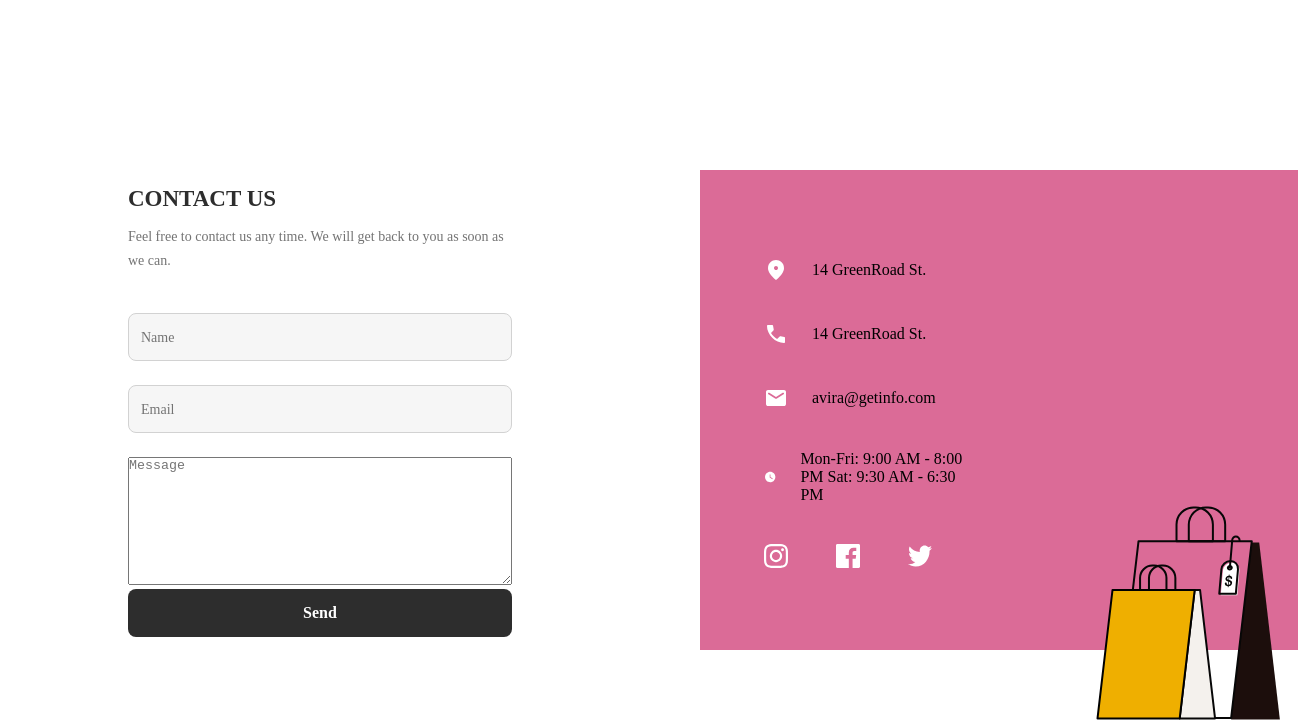
Repository: MehdiKerimov/figma-task-27
Page: pages/contactPage/index.html
These files come from the project's save history. The page is drawn as it stood at one moment and after the next save; the edit follows.
The browser window is 1280 px wide. The page is 1298 px wide, so the pictures cover 1298 px, including what lies to the right of the window. The pictures show the whole page.
The style sheet was rebuilt from its Sass, Less or Tailwind sources for each picture, by a compiler version that may differ from the author's.

Above is the page before, as saved 2024-02-25 16:39:46.

### pages/contactPage/index.html
<!DOCTYPE html>
<html lang="en">
  <head>
    <meta charset="UTF-8" />
    <meta name="viewport" content="width=device-width, initial-scale=1.0" />
    <title>Document</title>
    <link rel="stylesheet" href="../../css/reset.css" />
    <link rel="stylesheet" href="index.css" />
  </head>
  <body>
    <div class="container">
      <div class="left-container">
        <form action="">
          <h1>CONTACT US</h1>
          <p>
            Feel free to contact us any time. We will get back to you as soon as
            we can.
          </p>
          <label for="">
            <input type="text" placeholder="Name" />
          </label>
          <label for="">
            <input type="email" placeholder="Email" />
          </label>
          <label for="">
<textarea name="" id="" placeholder="Message"></textarea>          </label>

          <button>Send</button>
        </form>
      </div>

      <div class="right-container">
        <ul>
          <li>
            <svg
              xmlns="http://www.w3.org/2000/svg"
              width="24"
              height="24"
              viewBox="0 0 24 24"
              fill="none"
            >
              <path
                d="M12 12C12.55 12 13.021 11.804 13.413 11.412C13.8043 11.0207 14 10.55 14 10C14 9.45 13.8043 8.979 13.413 8.587C13.021 8.19567 12.55 8 12 8C11.45 8 10.9793 8.19567 10.588 8.587C10.196 8.979 10 9.45 10 10C10 10.55 10.196 11.0207 10.588 11.412C10.9793 11.804 11.45 12 12 12ZM12 22C9.31667 19.7167 7.31267 17.5957 5.988 15.637C4.66267 13.679 4 11.8667 4 10.2C4 7.7 4.80433 5.70833 6.413 4.225C8.021 2.74167 9.88333 2 12 2C14.1167 2 15.979 2.74167 17.587 4.225C19.1957 5.70833 20 7.7 20 10.2C20 11.8667 19.3377 13.679 18.013 15.637C16.6877 17.5957 14.6833 19.7167 12 22Z"
                fill="white"
              />
            </svg>
            <p>14 GreenRoad St.</p>
          </li>
          <li>
            <svg
              xmlns="http://www.w3.org/2000/svg"
              width="24"
              height="24"
              viewBox="0 0 24 24"
              fill="none"
            >
              <path
                d="M19.95 21C17.8 21 15.7043 20.5207 13.663 19.562C11.621 18.604 9.81267 17.3373 8.238 15.762C6.66267 14.1873 5.396 12.379 4.438 10.337C3.47933 8.29567 3 6.2 3 4.05C3 3.75 3.1 3.5 3.3 3.3C3.5 3.1 3.75 3 4.05 3H8.1C8.33333 3 8.54167 3.075 8.725 3.225C8.90833 3.375 9.01667 3.56667 9.05 3.8L9.7 7.3C9.73333 7.53333 9.72933 7.74567 9.688 7.937C9.646 8.129 9.55 8.3 9.4 8.45L7 10.9C7.7 12.1 8.575 13.225 9.625 14.275C10.675 15.325 11.8333 16.2333 13.1 17L15.45 14.65C15.6 14.5 15.796 14.3873 16.038 14.312C16.2793 14.2373 16.5167 14.2167 16.75 14.25L20.2 14.95C20.4333 15 20.625 15.1123 20.775 15.287C20.925 15.4623 21 15.6667 21 15.9V19.95C21 20.25 20.9 20.5 20.7 20.7C20.5 20.9 20.25 21 19.95 21Z"
                fill="white"
              />
            </svg>
            <p>14 GreenRoad St.</p>
          </li>
          <li>
            <svg
              xmlns="http://www.w3.org/2000/svg"
              width="24"
              height="24"
              viewBox="0 0 24 24"
              fill="none"
            >
              <path
                d="M4 20C3.45 20 2.97933 19.8043 2.588 19.413C2.196 19.021 2 18.55 2 18V6C2 5.45 2.196 4.97933 2.588 4.588C2.97933 4.196 3.45 4 4 4H20C20.55 4 21.021 4.196 21.413 4.588C21.8043 4.97933 22 5.45 22 6V18C22 18.55 21.8043 19.021 21.413 19.413C21.021 19.8043 20.55 20 20 20H4ZM12 12.825C12.0833 12.825 12.1707 12.8123 12.262 12.787C12.354 12.7623 12.4417 12.725 12.525 12.675L19.6 8.25C19.7333 8.16667 19.8333 8.06267 19.9 7.938C19.9667 7.81267 20 7.675 20 7.525C20 7.19167 19.8583 6.94167 19.575 6.775C19.2917 6.60833 19 6.61667 18.7 6.8L12 11L5.3 6.8C5 6.61667 4.70833 6.61233 4.425 6.787C4.14167 6.96233 4 7.20833 4 7.525C4 7.69167 4.03333 7.83733 4.1 7.962C4.16667 8.08733 4.26667 8.18333 4.4 8.25L11.475 12.675C11.5583 12.725 11.646 12.7623 11.738 12.787C11.8293 12.8123 11.9167 12.825 12 12.825Z"
                fill="white"
              />
            </svg>
            <p>avira@getinfo.com</p>
          </li>
          <li>
            <svg
              xmlns="http://www.w3.org/2000/svg"
              width="24"
              height="24"
              viewBox="0 0 24 24"
              fill="none"
            >
              <path
                d="M12 2C10.6868 2 9.38642 2.25866 8.17317 2.7612C6.95991 3.26375 5.85752 4.00035 4.92893 4.92893C3.05357 6.8043 2 9.34784 2 12C2 14.6522 3.05357 17.1957 4.92893 19.0711C5.85752 19.9997 6.95991 20.7362 8.17317 21.2388C9.38642 21.7413 10.6868 22 12 22C14.6522 22 17.1957 20.9464 19.0711 19.0711C20.9464 17.1957 22 14.6522 22 12C22 10.6868 21.7413 9.38642 21.2388 8.17317C20.7362 6.95991 19.9997 5.85752 19.0711 4.92893C18.1425 4.00035 17.0401 3.26375 15.8268 2.7612C14.6136 2.25866 13.3132 2 12 2ZM16.2 16.2L11 13V7H12.5V12.2L17 14.9L16.2 16.2Z"
                fill="white"
              />
            </svg>
            <p>Mon-Fri: 9:00 AM - 8:00 PM Sat: 9:30 AM - 6:30 PM</p>
          </li>
        </ul>
        <div class="a-1">
          <a href="https://www.instagram.com/"
            ><svg
              xmlns="http://www.w3.org/2000/svg"
              width="24"
              height="24"
              viewBox="0 0 24 24"
              fill="none"
            >
              <g clip-path="url(#clip0_127_79)">
                <path
                  fill-rule="evenodd"
                  clip-rule="evenodd"
                  d="M7.05273 0.072C8.33236 0.0130909 8.74036 0 12 0C15.2596 0 15.6676 0.0141818 16.9462 0.072C18.2247 0.129818 19.0975 0.333818 19.8611 0.629455C20.6607 0.931636 21.3862 1.404 21.9862 2.01491C22.5971 2.61382 23.0684 3.33818 23.3695 4.13891C23.6662 4.90255 23.8691 5.77527 23.928 7.05164C23.9869 8.33346 24 8.74146 24 12C24 15.2596 23.9858 15.6676 23.928 16.9473C23.8702 18.2236 23.6662 19.0964 23.3695 19.86C23.0684 20.6608 22.5963 21.3864 21.9862 21.9862C21.3862 22.5971 20.6607 23.0684 19.8611 23.3695C19.0975 23.6662 18.2247 23.8691 16.9484 23.928C15.6676 23.9869 15.2596 24 12 24C8.74036 24 8.33236 23.9858 7.05273 23.928C5.77636 23.8702 4.90364 23.6662 4.14 23.3695C3.33919 23.0683 2.61362 22.5963 2.01382 21.9862C1.40332 21.3869 0.930889 20.6617 0.629455 19.8611C0.333818 19.0975 0.130909 18.2247 0.072 16.9484C0.0130909 15.6665 0 15.2585 0 12C0 8.74036 0.0141818 8.33236 0.072 7.05382C0.129818 5.77527 0.333818 4.90255 0.629455 4.13891C0.931334 3.33827 1.40413 2.61307 2.01491 2.01382C2.61386 1.40346 3.3387 0.931029 4.13891 0.629455C4.90255 0.333818 5.77527 0.130909 7.05164 0.072H7.05273ZM16.8491 2.232C15.5836 2.17418 15.204 2.16218 12 2.16218C8.796 2.16218 8.41636 2.17418 7.15091 2.232C5.98036 2.28545 5.34545 2.48073 4.92218 2.64545C4.36255 2.86364 3.96218 3.12218 3.54218 3.54218C3.14405 3.92951 2.83765 4.40104 2.64545 4.92218C2.48073 5.34545 2.28545 5.98036 2.232 7.15091C2.17418 8.41636 2.16218 8.796 2.16218 12C2.16218 15.204 2.17418 15.5836 2.232 16.8491C2.28545 18.0196 2.48073 18.6545 2.64545 19.0778C2.83745 19.5982 3.144 20.0705 3.54218 20.4578C3.92945 20.856 4.40182 21.1625 4.92218 21.3545C5.34545 21.5193 5.98036 21.7145 7.15091 21.768C8.41636 21.8258 8.79491 21.8378 12 21.8378C15.2051 21.8378 15.5836 21.8258 16.8491 21.768C18.0196 21.7145 18.6545 21.5193 19.0778 21.3545C19.6375 21.1364 20.0378 20.8778 20.4578 20.4578C20.856 20.0705 21.1625 19.5982 21.3545 19.0778C21.5193 18.6545 21.7145 18.0196 21.768 16.8491C21.8258 15.5836 21.8378 15.204 21.8378 12C21.8378 8.796 21.8258 8.41636 21.768 7.15091C21.7145 5.98036 21.5193 5.34545 21.3545 4.92218C21.1364 4.36255 20.8778 3.96218 20.4578 3.54218C20.0705 3.14408 19.5989 2.83768 19.0778 2.64545C18.6545 2.48073 18.0196 2.28545 16.8491 2.232ZM10.4673 15.6993C11.3233 16.0556 12.2764 16.1037 13.1639 15.8353C14.0514 15.567 14.8182 14.9988 15.3334 14.2279C15.8485 13.457 16.0801 12.5311 15.9884 11.6085C15.8968 10.6858 15.4876 9.82361 14.8309 9.16909C14.4123 8.7507 13.906 8.43034 13.3487 8.23107C12.7914 8.0318 12.1968 7.95858 11.6078 8.01667C11.0188 8.07477 10.45 8.26274 9.94233 8.56705C9.43468 8.87136 9.00081 9.28445 8.67197 9.77657C8.34312 10.2687 8.12748 10.8276 8.04056 11.413C7.95365 11.9985 7.99762 12.596 8.16932 13.1624C8.34101 13.7288 8.63616 14.2501 9.03351 14.6888C9.43087 15.1275 9.92054 15.4726 10.4673 15.6993ZM7.63855 7.63855C8.2113 7.06579 8.89126 6.61146 9.6396 6.30149C10.3879 5.99151 11.19 5.83197 12 5.83197C12.81 5.83197 13.6121 5.99151 14.3604 6.30149C15.1087 6.61146 15.7887 7.06579 16.3615 7.63855C16.9342 8.2113 17.3885 8.89126 17.6985 9.6396C18.0085 10.3879 18.168 11.19 18.168 12C18.168 12.81 18.0085 13.6121 17.6985 14.3604C17.3885 15.1087 16.9342 15.7887 16.3615 16.3615C15.2047 17.5182 13.6359 18.168 12 18.168C10.3641 18.168 8.79528 17.5182 7.63855 16.3615C6.48182 15.2047 5.83197 13.6359 5.83197 12C5.83197 10.3641 6.48182 8.79528 7.63855 7.63855ZM19.536 6.75055C19.6779 6.61666 19.7916 6.45565 19.8701 6.27706C19.9487 6.09847 19.9907 5.90593 19.9935 5.71083C19.9964 5.51574 19.9601 5.32205 19.8867 5.14125C19.8134 4.96044 19.7045 4.79619 19.5665 4.65822C19.4285 4.52026 19.2643 4.41137 19.0835 4.33802C18.9027 4.26467 18.709 4.22834 18.5139 4.23118C18.3188 4.23403 18.1263 4.27599 17.9477 4.35458C17.7691 4.43317 17.6081 4.54679 17.4742 4.68873C17.2138 4.96476 17.0712 5.33141 17.0768 5.71083C17.0823 6.09026 17.2355 6.4526 17.5038 6.72092C17.7721 6.98924 18.1345 7.14243 18.5139 7.14796C18.8933 7.15349 19.26 7.01093 19.536 6.75055Z"
                  fill="white"
                />
              </g>
              <defs>
                <clipPath id="clip0_127_79">
                  <rect width="24" height="24" fill="white" />
                </clipPath>
              </defs></svg
          ></a>
          <a href="https://www.facebook.com/"
            ><svg
              xmlns="http://www.w3.org/2000/svg"
              width="24"
              height="24"
              viewBox="0 0 24 24"
              fill="none"
            >
              <g clip-path="url(#clip0_127_89)">
                <path
                  d="M22.67 0H1.33C0.978071 0.00261668 0.641298 0.143581 0.39244 0.39244C0.143581 0.641298 0.00261668 0.978071 0 1.33V22.67C0.00261668 23.0219 0.143581 23.3587 0.39244 23.6076C0.641298 23.8564 0.978071 23.9974 1.33 24H12.82V14.72H9.7V11.09H12.82V8.42C12.82 5.32 14.71 3.63 17.49 3.63C18.42 3.63 19.35 3.63 20.28 3.77V7H18.37C16.86 7 16.57 7.72 16.57 8.77V11.08H20.17L19.7 14.71H16.57V24H22.67C23.0219 23.9974 23.3587 23.8564 23.6076 23.6076C23.8564 23.3587 23.9974 23.0219 24 22.67V1.33C23.9974 0.978071 23.8564 0.641298 23.6076 0.39244C23.3587 0.143581 23.0219 0.00261668 22.67 0Z"
                  fill="white"
                />
              </g>
              <defs>
                <clipPath id="clip0_127_89">
                  <rect width="24" height="24" fill="white" />
                </clipPath>
              </defs></svg
          ></a>
          <a href="https://twitter.com/i/flow/login"
            ><svg
              xmlns="http://www.w3.org/2000/svg"
              width="24"
              height="22"
              viewBox="0 0 24 22"
              fill="none"
            >
              <path
                d="M24 2.99454C23.1174 3.4046 22.157 3.69972 21.1676 3.81466C22.1948 3.15743 22.9639 2.11912 23.3308 0.894539C22.367 1.51208 21.3111 1.94511 20.2101 2.17442C19.7499 1.64453 19.1933 1.2224 18.575 0.934326C17.9567 0.646252 17.2899 0.49841 16.6163 0.500013C13.8906 0.500013 11.6986 2.8796 11.6986 5.79971C11.6986 6.20977 11.7447 6.61983 11.8197 7.01436C7.73849 6.78448 4.09855 4.68448 1.67864 1.46924C1.23771 2.2804 1.00665 3.204 1.00949 4.14394C1.00949 5.983 1.87766 7.60459 3.20154 8.55829C2.42136 8.5252 1.65944 8.29423 0.977767 7.88418V7.94942C0.977767 10.5247 2.66795 12.6589 4.92056 13.1497C4.49761 13.268 4.06251 13.3286 3.62553 13.3299C3.30537 13.3299 3.00252 13.2957 2.69679 13.2491C3.31979 15.3491 5.134 16.8744 7.29432 16.9241C5.60413 18.35 3.48708 19.1888 1.18832 19.1888C0.775868 19.1888 0.395145 19.1732 0 19.1235C2.18051 20.6302 4.7677 21.5 7.5539 21.5C16.599 21.5 21.5484 13.4293 21.5484 6.42412C21.5484 6.19424 21.5484 5.96436 21.534 5.73448C22.4915 4.9796 23.3308 4.04454 24 2.99454Z"
                fill="white"
              /></svg
          ></a>
        </div>
      </div>
      <svg class="bottom-img" xmlns="http://www.w3.org/2000/svg" width="184" height="214" viewBox="0 0 184 214" fill="none">
        <path d="M97.5006 1.49594H99.9113C104.417 1.49594 108.738 3.29997 111.924 6.51116C115.11 9.72234 116.899 14.0777 116.899 18.619V35.15H80.5126V18.619C80.5126 14.0777 82.3024 9.72234 85.4882 6.51116C88.6741 3.29997 92.9951 1.49594 97.5006 1.49594V1.49594Z" stroke="#070707" stroke-width="2" stroke-linecap="round" stroke-linejoin="round"/>
        <path d="M109.777 1.49594H112.191C116.696 1.49594 121.017 3.29997 124.203 6.51116C127.389 9.72234 129.179 14.0777 129.179 18.619V35.15H92.7894V18.619C92.7894 16.3703 93.2288 14.1437 94.0825 12.0663C94.9362 9.9888 96.1876 8.10118 97.765 6.51116C99.3425 4.92114 101.215 3.65987 103.276 2.79935C105.337 1.93884 107.547 1.49594 109.777 1.49594Z" stroke="#070707" stroke-width="2" stroke-linecap="round" stroke-linejoin="round"/>
        <path d="M183.862 213.541H135.124L155.784 36.5874H163.198L183.862 213.541Z" fill="#1C0E0C"/>
        <path d="M155.784 35.1474L135.124 212.101H21.8649L42.528 35.1474H155.784Z" stroke="#070707" stroke-width="2" stroke-linecap="round" stroke-linejoin="round"/>
        <path d="M141.33 89.1713H124.739L126.853 64.8154C127.253 60.1986 131.292 56.4556 135.872 56.4556C140.455 56.4556 143.843 60.1986 143.443 64.8154L141.33 89.1713Z" fill="white"/>
        <path d="M139.871 87.7004H123.28L125.393 63.3446C125.796 58.7278 129.833 54.9847 134.416 54.9847C138.996 54.9847 142.387 58.7278 141.984 63.3446L139.871 87.7004Z" stroke="#070707" stroke-width="2" stroke-linecap="round" stroke-linejoin="round"/>
        <path d="M135.004 63.0278C135.75 62.3083 135.824 61.1666 135.17 60.4779C134.516 59.7892 133.381 59.8141 132.636 60.5337C131.89 61.2532 131.816 62.3948 132.47 63.0836C133.124 63.7723 134.259 63.7473 135.004 63.0278Z" stroke="#070707" stroke-width="2" stroke-linecap="round" stroke-linejoin="round"/>
        <path d="M133.882 61.5299L136.247 33.8885C136.326 32.9656 136.746 32.1062 137.424 31.4803C138.102 30.8543 138.987 30.5071 139.907 30.5074C140.881 30.5074 141.817 30.8975 142.506 31.5922C143.196 32.2868 143.584 33.229 143.584 34.2117" stroke="#070707" stroke-width="2" stroke-linecap="round" stroke-linejoin="round"/>
        <path d="M132.787 78.9011C133.209 78.8336 133.601 78.6379 133.91 78.3402C134.177 78.0774 134.342 77.7271 134.375 77.3527C134.402 77.1853 134.39 77.0139 134.34 76.8519C134.291 76.6899 134.204 76.5418 134.087 76.4195C133.79 76.1599 133.44 75.9685 133.062 75.8586L132.195 75.5923C131.679 75.4544 131.178 75.262 130.702 75.0184C130.313 74.8151 129.991 74.5027 129.774 74.1188C129.536 73.6579 129.447 73.134 129.517 72.6196C129.563 71.8705 129.895 71.1684 130.443 70.6601C131.075 70.1167 131.87 69.8043 132.7 69.7735H133.574C134.001 69.8081 134.419 69.9111 134.813 70.0785C135.154 70.2317 135.449 70.4702 135.672 70.7713C135.849 70.9907 135.99 71.2378 136.088 71.5028C136.175 71.7209 136.213 71.9558 136.198 72.1904C136.171 72.4227 136.061 72.6371 135.889 72.794C135.717 72.9508 135.494 73.0395 135.262 73.0435C134.811 73.0435 134.54 72.7979 134.452 72.3068C134.414 72.0382 134.3 71.7865 134.123 71.5819C133.947 71.3773 133.715 71.2286 133.457 71.1539L132.582 71.1254C132.241 71.214 131.921 71.3705 131.641 71.5856C131.518 71.6931 131.42 71.8252 131.351 71.9734C131.282 72.1216 131.244 72.2827 131.241 72.4464C131.216 72.5935 131.223 72.7444 131.264 72.888C131.304 73.0316 131.376 73.1642 131.474 73.2761C131.727 73.5083 132.026 73.6844 132.351 73.7931L133.205 74.0516C133.759 74.2093 134.203 74.3515 134.529 74.4808C134.849 74.6087 135.14 74.8004 135.385 75.0443C135.648 75.2975 135.846 75.6104 135.965 75.9568C136.09 76.3306 136.134 76.7275 136.093 77.12C136.049 77.6476 135.879 78.1567 135.598 78.6038C135.302 79.0734 134.895 79.4616 134.413 79.7335C133.876 80.0337 133.28 80.2103 132.667 80.2505H131.79C131.313 80.2063 130.847 80.0777 130.415 79.8705C130.055 79.6952 129.734 79.4481 129.471 79.1441C129.244 78.8795 129.07 78.5732 128.958 78.2419C128.86 77.9459 128.821 77.6329 128.845 77.3217C128.877 77.0827 128.994 76.8633 129.173 76.7038C129.353 76.5443 129.583 76.4553 129.822 76.4531C130.004 76.4462 130.184 76.4969 130.335 76.5979C130.469 76.6977 130.56 76.8444 130.592 77.0089C130.662 77.3037 130.747 77.5945 130.848 77.88C130.929 78.0901 131.055 78.2791 131.218 78.4332C131.42 78.6154 131.663 78.7457 131.925 78.8132L132.787 78.9011Z" fill="#070707"/>
        <path d="M132.149 81.3025H132.118C132.07 81.2986 132.023 81.2852 131.98 81.2631C131.938 81.2409 131.9 81.2105 131.869 81.1734C131.838 81.1364 131.814 81.0936 131.8 81.0475C131.785 81.0013 131.78 80.9527 131.784 80.9044L132.831 68.8713C132.839 68.7743 132.885 68.6845 132.959 68.6217C133.033 68.559 133.128 68.5283 133.224 68.5365C133.321 68.5448 133.41 68.5912 133.472 68.6656C133.534 68.74 133.565 68.8363 133.557 68.9333L132.513 80.9665C132.504 81.0582 132.462 81.1434 132.395 81.2055C132.328 81.2677 132.24 81.3023 132.149 81.3025Z" fill="#070707"/>
        <path d="M56.3873 59.5808H58.1363C61.4053 59.5808 64.5403 60.8897 66.8518 63.2196C69.1633 65.5494 70.4619 68.7094 70.4619 72.0043V83.9987H44.0617V72.0043C44.0617 68.7094 45.3603 65.5494 47.6718 63.2196C49.9833 60.8897 53.1183 59.5808 56.3873 59.5808V59.5808Z" stroke="#070707" stroke-width="2" stroke-linecap="round" stroke-linejoin="round"/>
        <path d="M65.2942 59.5808H67.0535C70.3202 59.5849 73.4517 60.896 75.7599 63.226C78.0682 65.556 79.3643 68.7142 79.3637 72.0069V84.0013H52.9686V72.0069C52.9683 70.3752 53.2869 68.7594 53.9061 67.2518C54.5254 65.7443 55.4332 64.3744 56.5778 63.2205C57.7224 62.0666 59.0812 61.1513 60.5768 60.5268C62.0724 59.9023 63.6754 59.5808 65.2942 59.5808V59.5808Z" stroke="#070707" stroke-width="2" stroke-linecap="round" stroke-linejoin="round"/>
        <path d="M119.049 212.395H83.685L98.6778 83.9987H104.056L119.049 212.395Z" fill="#F4F1ED" stroke="#070707" stroke-width="2" stroke-linecap="round" stroke-linejoin="round"/>
        <path d="M98.6778 83.9987L83.685 212.395H1.50702L16.4998 83.9987H98.6778Z" fill="#EFAF00" stroke="black" stroke-width="2" stroke-linecap="round" stroke-linejoin="round"/>
      </svg>
    </div>
  </body>
</html>

### css/reset.css
*{
    margin: 0;
    padding: 0;
    box-sizing: border-box;
}
button{
    background: none;
    border: none;
}

### pages/contactPage/index.scss
.container {
  display: flex;
  align-items: center;
  justify-content: space-between;
  min-height: 100vh;
  padding: 100px 0px 0px 128px;
  .left-container {
    h1 {
      color: var(--Text-Color-Primary, #2d2d2d);
      font-family: Poppins;
      font-size: 23px;
      font-style: normal;
      font-weight: 600;
      line-height: 32px;
    }
    p {
      margin-top: 10px;
      margin-bottom: 40px;
      width: 384px;
      color: var(--Text-Color-Tertiary, #737373);
      font-family: Poppins;
      font-size: 14px;
      font-style: normal;
      font-weight: 400;
      line-height: 24px;
    }
    form {
      display: flex;
      flex-direction: column;
      label {
        input {
          width: 384px;
          height: 48px;
          padding: 0 12px;
          border-radius: 8px;
          border: 1px solid var(--Neutrals-Rule, #d2d2d2);
          background: var(--Neutrals-Text-field-bg, #f6f6f6);
          margin-bottom: 24px;
          outline: none;
          &::placeholder {
            color: var(--Text-Color-Tertiary, #737373);

            /* Body/B2/Regular 14px */
            font-family: Poppins;
            font-size: 14px;
            font-style: normal;
            font-weight: 400;
            line-height: 24px; /* 171.429% */
          }
        }
        textarea {
            width: 384px;
            height: 128px;
            flex-shrink: 0;
        }
      }
      button {
        width: 384px;
        height: 48px;
        border-radius: 8px;
        background: var(--Text-Color-Primary, #2d2d2d);
        color: var(--Text-Color-Secondary, #fff);
        text-align: center;

        /* Body/B1/Semibold 16px */
        font-family: Poppins;
        font-size: 16px;
        font-style: normal;
        font-weight: 600;
        line-height: 24px; /* 150% */
      }
    }
  }
  .right-container {
    margin-left: 188px;
    width: 640px;
    height: 480px;
    padding: 88px 318px 88px 64px;

    background: var(--Text-Color-Accent, #db6b97);
    ul {
      li {
        list-style-type: none;
        display: flex;
        align-items: center;
        margin-bottom: 40px;

        svg {
          margin-right: 24px;
          width: 24px;
          height: 24px;
        }
        p {
        }
      }
    }
    .a-1 {
      display: flex;
      svg {
        width: 24px;
        height: 24px;
      }
      a {
        margin-right: 48px;
      }
    }
  }
  .bottom-img {
    position: absolute;
    bottom: 0;
    right: 0;
  }
}

After the next save:
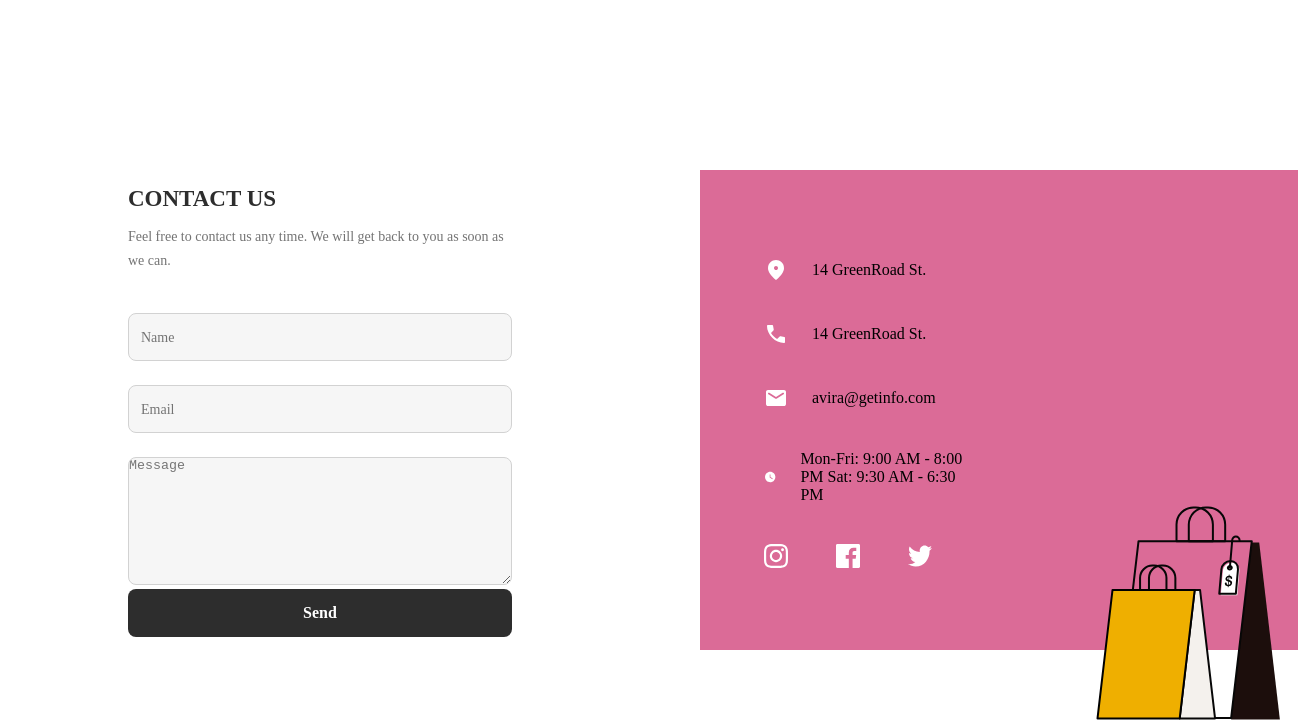
Saved 7 s later.
--- a/pages/contactPage/index.scss
+++ b/pages/contactPage/index.scss
@@ -51,7 +51,9 @@
         textarea {
             width: 384px;
             height: 128px;
-            flex-shrink: 0;
+            border-radius: 8px;
+            border: 1px solid var(--Neutrals-Rule, #D2D2D2);
+            background: var(--Neutrals-Text-field-bg, #F6F6F6);
         }
       }
       button {
